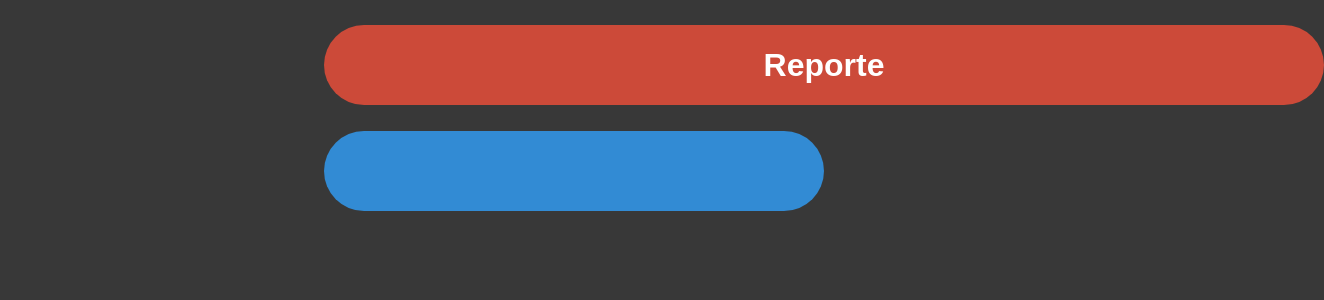
Repository: nathanvdev/LFP_PR_202001568
Page: plantilla.html
The author's editor kept a copy of each file at every save. The page is drawn from the files as they stood at one save, then again after the next save.
The browser window is 1280 px wide. The page is 1324 px wide, so the pictures cover 1324 px, including what lies to the right of the window. The pictures show the whole page.

Above is the page before, as saved 2022-02-19 18:48:20.

### plantilla.html

<!DOCTYPE html>
<html lang="en">
<head>
    <meta charset="UTF-8">
    <meta http-equiv="X-UA-Compatible" content="IE=edge">
    <meta name="viewport" content="width=device-width, initial-scale=1.0">
    <title>Document</title>
</head>
<style>
    body{
        font-family: sans-serif;
    }
    .titlebox{
        background-color: rgb(204, 74, 57);
        height: 80px;
        width: 1000px;
        margin: 2%;
        margin-left: 25%;
        border-radius: 45px;


        display: flex;
        justify-content: center;
    }
    .PersonalInfo{
        background-color: rgb(50, 139, 212);
        height: 80px;
        width: 500px;
        margin: 2%;
        margin-left: 25%;
        border-radius: 45px;
    }
</style>
<body style="background-color: rgb(56, 56, 56);">
    <div class="titlebox">
        <h1 style="color: white;">Reporte</h1>
    </div>
    <div class="PersonalInfo">

    </div>
</body>
</html>

After the next save:
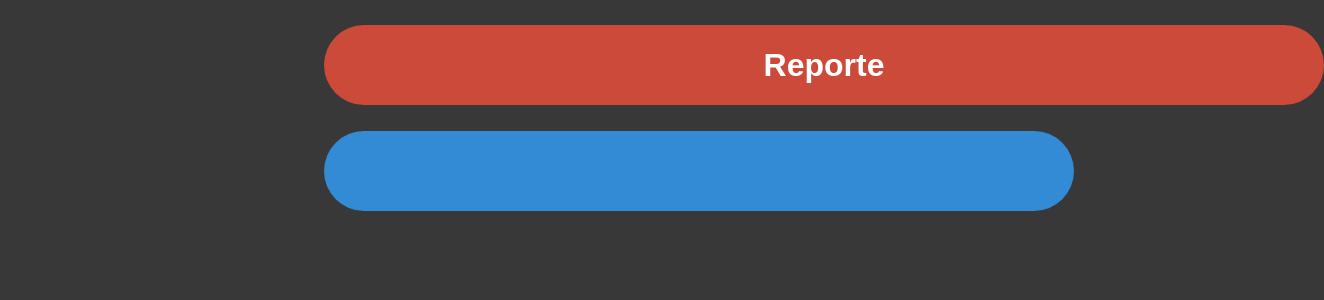
Saved 6 s later.
--- a/plantilla.html
+++ b/plantilla.html
@@ -26,7 +26,7 @@
     .PersonalInfo{
         background-color: rgb(50, 139, 212);
         height: 80px;
-        width: 500px;
+        width: 750px;
         margin: 2%;
         margin-left: 25%;
         border-radius: 45px;
